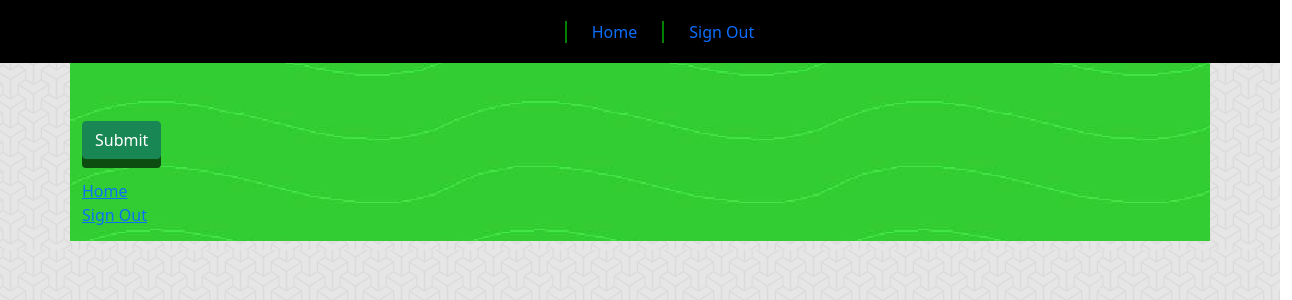
Repository: kavine24/CS490-Python-LMS
Page: html/portal/s/TakeQuiz.html
The author's editor kept a copy of each file at every save. The page is drawn from the files as they stood at one save, then again after the next save.
The browser window is 1280 px wide. The page is 1280 px wide, then 1292 px, so the pictures cover 1292 px, including what lies to the right of the window. The pictures show the whole page.
The page's requests for data from a server got no answer.

Above is the page before, as saved 2022-04-20 18:25:11.

After the next save:
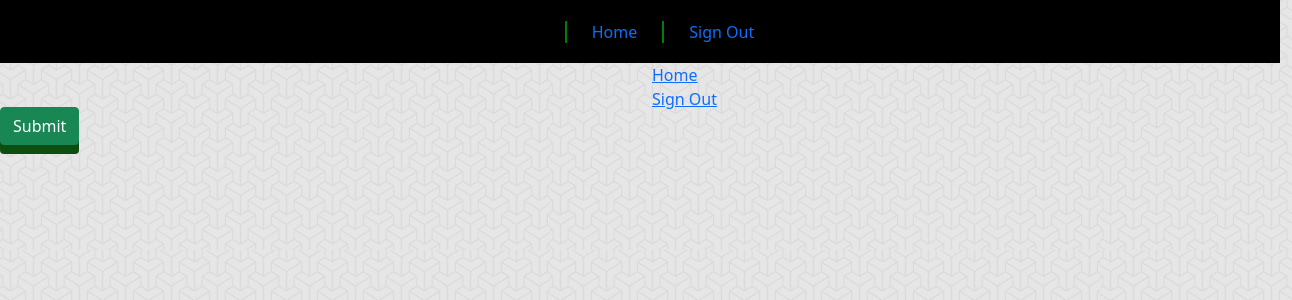
Saved 37 s later.
--- a/html/portal/s/TakeQuiz.html
+++ b/html/portal/s/TakeQuiz.html
@@ -15,7 +15,7 @@
       </ul>
       <br>
     </header>
-    <div class="container">
+    <div class="row">
       <div id="testForm" class="col-6">
         <form id="takeExamForm"onsubmit="submitForm()">
             <br>
